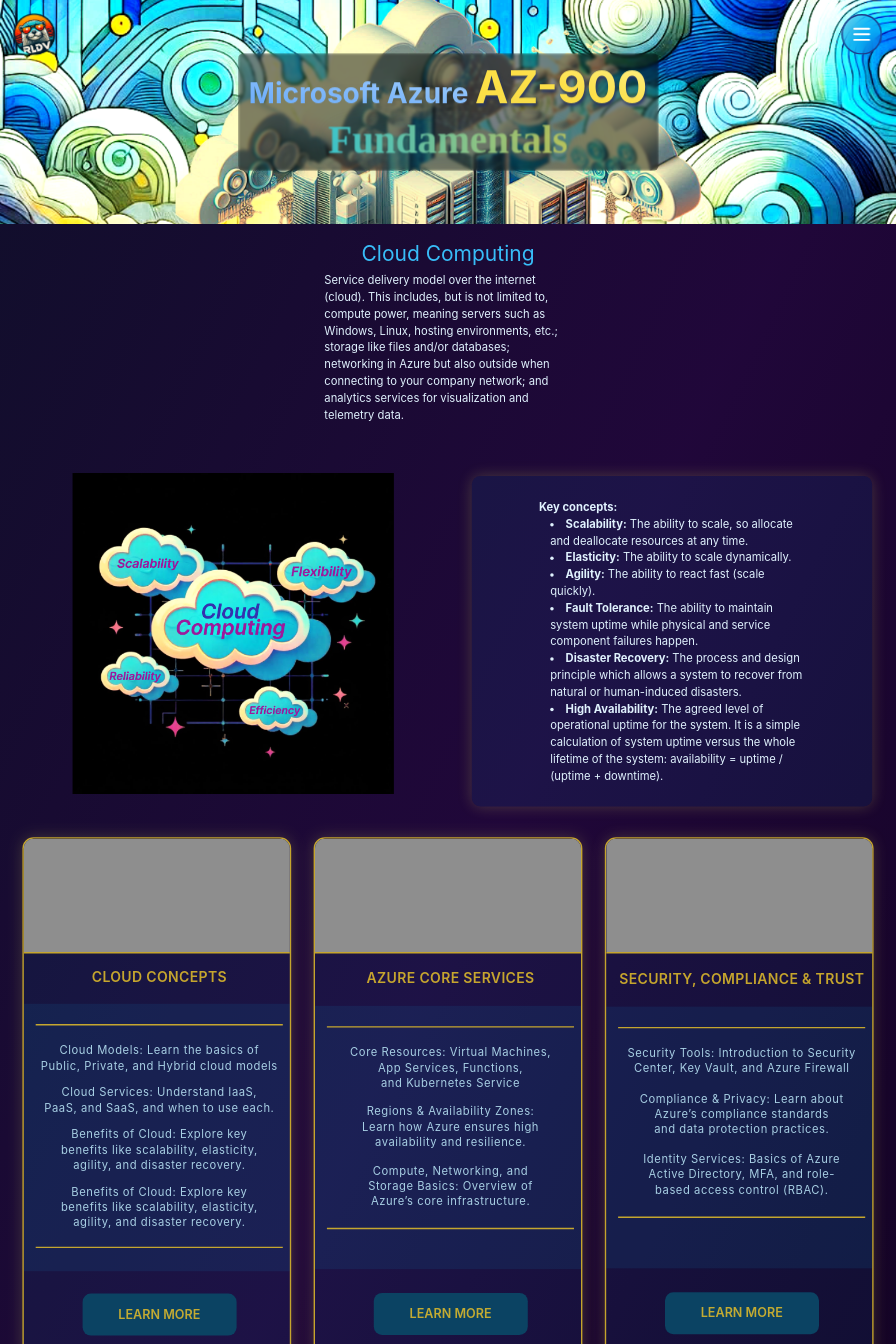
Repository: Freezler/az-900_svelte5
Page: /
An editor plug-in stored every save of this project. The page is shown before and after the next save, followed by the edit.
The browser window is 1280 px wide. The pictures show the part of the page from y = 0 to 1920 px (the page is 2674 px tall before and 2698 px after), at 70% of full size.
Pictures or frames that could not be fetched are drawn as grey boxes. The project was rebuilt for these pictures with package versions that can differ from the ones it lists, and the page was loaded fresh each time. The framework's server and built-in components were replaced by stand-ins that run in the browser. Also part of the build but not shown: vite.config.ts.

Above is the page before, as saved 2024-11-10 10:56:45.

### src/app.html
<!doctype html>
<html lang="en">
	<head>
		<meta charset="utf-8" />
		<link rel="icon" href="%sveltekit.assets%/favicon.png" />
		<meta name="viewport" content="width=device-width, initial-scale=1" />
		%sveltekit.head%
	</head>
	<body data-sveltekit-preload-data="hover" >
		<div style="display: contents">%sveltekit.body%</div>
	</body>
</html>

### src/routes/+layout.svelte
<script lang="ts">
	import '../app.css';
	let { children } = $props();

</script>

<div class="bg-gradient-to-br from-[#0d0c28fc] via-[#1b0135f9] to-[#10021e] bg-cover bg-center bg-no-repeat ">{@render children()}</div>

### src/routes/+page.svelte
<script lang="ts">
	import ComputingArticle from '../components/ComputingArticle.svelte';

	import Toggle from '../components/Toggle.svelte';
	import Header from '../components/Header.svelte';
	import Popover from '../components/Menu.svelte';
	import Cards from '../components/Cards.svelte';
	import Login from '../components/Login.svelte';
</script>

<header class="">
	<Popover />
	<Header />
</header>
<main>
	<section>
		<ComputingArticle />
		<Cards />
	</section>
	<aside><Toggle /></aside>
	<footer><Login /></footer>
</main>

### src/app.css
@tailwind base;
@tailwind components;
@tailwind utilities;

:root {
  --text-color  : rgba(244, 205, 48, 0.888);
  --bg-color    : hsla(217, 87%, 3%, 0.298);
  --bg-color2   : hsla(299, 91%, 31%, 0.974);
  --bg-gradient : 135deg, rgba(237, 249, 10, .7) 0%, rgba(216, 204, 37, 0.7) 35%, rgba(0, 212, 255, 0.7) 100%;
  --bg-gradient2: 90deg, rgba(216, 204, 37, 0.5) 0%, rgba(0, 212, 255, 0.5) 70%;
}

* {
  margin     : 0;
  padding    : 0;
  box-sizing : border-box;
  user-select: none;
  /* outline : 1px dotted red; */
}

body {
  font-family: 'Inter', sans-serif;


}

### src/components/ComputingArticle.svelte
<div class="grid items-center justify-center gap-2 place-self-center text-sky-100 w-[35ch] pt-6">
	<h2 class="text-3xl text-center text-sky-400">Cloud Computing</h2>
	<p>
		Service delivery model over the internet (cloud). This includes, but is not limited to, compute
		power, meaning servers such as Windows, Linux, hosting environments, etc.; storage like files
		and/or databases; networking in Azure but also outside when connecting to your company network;
		and analytics services for visualization and telemetry data.
	</p>
</div>

<section class="grid items-center grid-cols-1 lg:grid-cols-2 justify-center place-items-center place-self-center place-content-center gap-0	z-10 text-start">
	<img
		src="../public/images/cloud.png"
		alt="cloudSolutions"
		loading="lazy"

		class=" w-full md:w-[672px]  mx-auto rounded-2xl overflow-hidden  pr-12 -mt-8"
	/>
	<article
		class=" bg-sky-600/10  text-sky-100 px-24 py-8 w-[572px] mt-16 rounded-xl shadow-[0_0px_22px_rgba(255,255,99,0.2)]"
	>
		<p><strong>Key concepts:</strong></p>
		<ul class="list-inside list-disc pl-4">
			<li>
				<strong>Scalability:</strong> The ability to scale, so allocate and deallocate resources at any
				time.
			</li>
			<li><strong>Elasticity:</strong> The ability to scale dynamically.</li>
			<li><strong>Agility:</strong> The ability to react fast (scale quickly).</li>
			<li>
				<strong>Fault Tolerance:</strong> The ability to maintain system uptime while physical and service
				component failures happen.
			</li>
			<li>
				<strong>Disaster Recovery:</strong> The process and design principle which allows a system to
				recover from natural or human-induced disasters.
			</li>
			<li>
				<strong>High Availability:</strong> The agreed level of operational uptime for the system. It
				is a simple calculation of system uptime versus the whole lifetime of the system: availability
				= uptime / (uptime + downtime).
			</li>
		</ul>
	</article>
</section>

### src/components/Toggle.svelte
<script lang="ts">

	let name = $state('Randy');
	let status: 'DARK' | 'LIGHT' = $state('DARK');
	let full_name = $derived(name + ' ' + 'de vries');

	function toggle() {
		status = status === 'DARK' ? 'LIGHT' : 'DARK';
	}

	function onclick() {
		status = status === 'DARK' ? 'LIGHT' : 'DARK';
		window.document.body.classList.toggle('dark-mode')
	}
</script>

<div class="max-w-[400px] mx-auto grid place-items-center items-center justify-center gap-2 border-2 p-4  py-8 my-4 bg-yellow-600/10">
		<p class="text-2xl font-serif text-white ">
			set theme: <span class="font-sans {status === 'LIGHT' ? 'text-gray-200' : 'text-red-900'}">{status}</span>
		</p>

		<!-- <button on:click={toggle}>toggle status</button> -->
		<button
			class=" w-[176px] rounded bg-blue-500 px-4 py-2 font-bold text-white hover:bg-blue-700 active:scale-[.98]"
			type="button"
			onclick={toggle}>Toggle theme</button
		>
	</div>

### src/components/Header.svelte
<script lang="ts">
	// Declare props
	let { name = 'AZ-900' } = $props();

	// Local state for the surname
	let surname = $state('Fundamentals');

	// Derived state for the full name
	let full_name = $derived(`${name} ${surname}`);
</script>

<div
	class="max-w-[100svw] z-100 mx-auto grid h-80 place-content-center place-items-center items-center justify-center bg-[url('/public/images/headImage.png')] bg-cover bg-top"
>
	<div class="grid backdrop-blur-[2px] px-4 rounded-lg backdrop-brightness-[.50] pb-4">
		<h1
			class="shadow-[rgba(7, 25, 224, 0.9)] drop bg-clip-text text-center text-[clamp(1rem,5vw,2.5rem)] font-bold text-transparent bg-gradient-to-tr from-blue-400 via-blue-300 to-blue-700  drop-shadow-[-2px_2px_2px_rgba(137, 25, 224, 0.9)]"
		>
			Microsoft Azure <span
				class="bg-gradient-to-tr from-yellow-300 via-yellow-300 to-yellow-200 bg-clip-text text-[clamp(2.8rem,5vw,8.5rem)] font-bold text-transparent drop-shadow-[2px_4px_2px_rgba(36,50,100,0.9)]"
				>{name}</span
			>
		</h1>
		<h3
			class="bg-clip-text text-6xl text-center text-[clamp(1rem,5vw,3.5rem)] font-[700] font-[montserrat] bg-gradient-to-r from-[hsl(192,88%,51%)] via-[--hsl(192,88%,71%)] to-[--text-color]  pb- text-transparent drop-shadow-[2px_4px_32px_rgba(6,100,150,0.9)] backdrop-brightness-[.90] "
		>
			{surname}
		</h3>
	</div>
</div>

### src/components/Menu.svelte
<script lang="ts">
	import { cubicInOut } from 'svelte/easing';
	import { fly } from 'svelte/transition';
	let showMenu: boolean = $state(false);


</script>

	<!-- Your existing code -->

<img
	src="/public/images/Design 2.png"
	alt="Ran form Logo"
	class="fixed left-[16px] top-[16px] w-[64px] rounded-full z-[200]"
/>
<button
	onclick={() => (showMenu = !showMenu)}
	class="fixed right-[20px] top-[20px] flex  h-[58px] w-[58px] items-center justify-center rounded-full bg-blue-600/20 backdrop-blur text-white border-2 border-blue-900"
>
	<svg
		xmlns="http://www.w3.org/2000/svg"
		class="h-8 w-8"
		fill="none"
		viewBox="0 0 24 24"
		stroke="currentColor"
	>
		{#if showMenu}
			<path
				stroke-linecap="round"
				stroke-linejoin="round"
				stroke-width="2"
				d="M6 18L18 6M6 6l12 12"
			/>
		{:else}
			<path
				stroke-linecap="round"
				stroke-linejoin="round"
				stroke-width="2"
				d="M4 6h16M4 12h16M4 18h16"
			/>
		{/if}
	</svg>
</button>

{#if showMenu}
	<ul
		class="items-center justify-center fixed bottom-0 right-0 z-100 grid h-[50vh] w-[100vw] border-t border-blue-900 place-content-center bg-blue-600/20 backdrop-blur text-white uppercase text-center text-xl z-[200]"
		transition:fly={{ y: 100, duration: 420, easing: cubicInOut }}
	>
		<li class="px-2 py-4 w-[80vw] underline underline-offset-4 transition-colors ease-linear duration-400 hover:bg-blue-600/20 rounded-t-lg  bg-blue-200/30">
			<a href="/">Home</a>
		</li>
		<li class=" px-2 py-4 transition-colors hover:underline underline-offset-4  ease-linear duration-400 hover:bg-blue-600/20  bg-blue-200/30">
			<a href="/concepts">Concepts</a>
		</li>
		<li class=" px-2 py-4 transition-colors hover:underline underline-offset-4 ease-linear duration-400 hover:bg-blue-600/20  bg-blue-200/30">
			<a href="/security">Security</a>
		</li>
		<li class="px-2 py-4 transition-colors  hover:underline underline-offset-4 ease-linear duration-400 hover:bg-blue-600/20 rounded-b-lg  bg-blue-200/30">
			<a href="/services">Services</a>
		</li>
	</ul>
{/if}

### src/components/Cards.svelte
<script>
	import { goto } from '$app/navigation';
	// Define your plans as an array of objects
	const concepts = [
		{
			url: 'concepts',
			image:
				'https://learn.microsoft.com/training/achievements/microsoft-azure-fundamentals-describe-cloud-concepts-social.png',
			name: 'Cloud Concepts',
			features: [
				'Cloud Models: Learn the basics of Public, Private, and Hybrid cloud models',
				'Cloud Services: Understand IaaS, PaaS, and SaaS, and when to use each.',
				'Benefits of Cloud: Explore key benefits like scalability, elasticity, agility, and disaster recovery.',
				'Benefits of Cloud: Explore key benefits like scalability, elasticity, agility, and disaster recovery.'

			]
		},
		{
			url: 'services',
			image:
				'https://images.unsplash.com/photo-1667372459510-55b5e2087cd0?q=80&w=1932&auto=format&fit=crop&ixlib=rb-4.0.3&ixid=M3wxMjA3fDB8MHxwaG90by1wYWdlfHx8fGVufDB8fHx8fA%3D%3D',
			name: 'Azure Core Services',
			features: [
				'Core Resources: Virtual Machines, App Services, Functions, and Kubernetes Service',
				'Regions & Availability Zones: Learn how Azure ensures high availability and resilience.',
				'Compute, Networking, and Storage Basics: Overview of Azure’s core infrastructure.'
			]
		},
		{
			url: 'security',
			image:
				'https://plus.unsplash.com/premium_photo-1700830452756-1a3f4314e564?q=80&w=1674&auto=format&fit=crop&ixlib=rb-4.0.3&ixid=M3wxMjA3fDB8MHxwaG90by1wYWdlfHx8fGVufDB8fHx8fA%3D%3D',
			name: 'Security, Compliance & Trust',
			features: [
				'Security Tools: Introduction to Security Center, Key Vault, and Azure Firewall',
				'Compliance & Privacy: Learn about Azure’s compliance standards and data protection practices.',
				'Identity Services: Basics of Azure Active Directory, MFA, and role-based access control (RBAC).'
			]
		}
	];
</script>

<section
	class="z-10 grid grid-rows-1 gap-8 py-8 md:grid-cols-2 md:gap-8 md:px-8 xl:grid-cols-3"
>
	{#each concepts as concept}
		<div
			class=" pt-1  grid grid-rows-[148px_64px_auto_auto] place-items-center overflow-hidden rounded-2xl border-2 border-[--text-color] bg-sky-600/10 pb-9 shadow-[0_0px_22px_rgba(255,255,99,0.2)] brightness-90 transition duration-700 hover:scale-[1.001] hover:border-[hsla(184,69%,60%,1)] hover:shadow-[2px_6px_12px_rgba(22,125,22,0.9)]"
		>
			<img
				src={concept.image}
				class=" z-10 h-[172px] pt-2  w-full border-b-2 border-[--text-color] object-cover object-center hover:border-[hsla(184,69%,60%,1)]"
				loading="lazy"
				alt="concept"
			/>
			<div class="row-span-2 grid grid-cols-subgrid place-items-center items-center justify-center">
				<h2 class="] mt-[28px] text-xl font-semibold uppercase tracking-wide text-[--text-color]">
					{concept.name}
				</h2>
			</div>

			<div
				class=" row-span-12 my-5 w-full grid grid-rows-subgrid place-items-start items-start gap-4 text-pretty border border-transparent bg-sky-500/10 px-4 pt-7 pb-6 text-center"
			>
				{#each concept.features as feature}
					<h3
						class="border-b-1 mx-auto  grid w-[35ch]  grid-rows-subgrid text-balance border-[--text-color] px-0 text-[14px] font-normal leading-snug tracking-wider text-sky-200 py-0 first:border-t-2 first:pt-6 last:pb-6 last:border-b-2 lg:text-[16px] border-s-fuchsia-400 ">
						{feature}
					</h3>
				{/each}
			</div>
			<button
				type="button"
				class="mx-auto mt-3 w-[220px] grid-cols-subgrid rounded-xl border-[2px_solid_var(--text-color)] bg-sky-900 px-8 py-4 text-base font-semibold uppercase text-[--text-color] transition duration-[420ms] hover:bg-sky-500 hover:text-white hover:shadow-[2px_2px_22px_rgb(65,183,255,0.9)] md:text-lg lg:text-lg"
				><a href="/{concept.url}">Learn more</a></button
			>
		</div>
	{/each}
</section>

### src/components/Login.svelte
<script>
	import { onMount } from 'svelte';
	let user = $state('Stranger');
	/**
	 * @param {any} response
	 */
	function googleLoginEndpoint(response) {
	  console.log('Google login successful:', response);
	}

	// onMount(() => {
	//   const script = document.createElement("script");
	//   script.src = "https://accounts.google.com/gsi/client";
	//   script.async = true;
	//   script.defer = true;
	//   document.head.appendChild(script);
	// });
</script>

<div class="relative flex min-h-[60vh] items-center justify-center py-16 ">
	<div class="flex w-full max-w-4xl flex-col overflow-hidden rounded-lg shadow-lg md:flex-row">
		<!-- Left side: Logo and Welcome message -->
		<div
			class="flex flex-col items-center justify-center bg-[url('/public/images/headImage.png')] bg-cover bg-center object-cover p-14 text-white md:w-1/2 "
		>
			<img
				src="/public/images/Design 2.png"
				alt="Ran form Logo"
				class="mb-4 h-40 w-40 rounded-full"
			/>
			<h2 class="text-2xl font-semibold p-2 rounded-xl bg-slate-600/50  ">Good Evening {user}!</h2>
			<p class="mt-2 text-center text-lg rounded-xl bg-slate-600/50  p-2 ">Log in to your account!</p>
		</div>

		<!-- Right side: Login Form -->
		<div
			class="flex flex-col items-center justify-center  h-[50vh] bg-blue-600/40 backdrop-blur pt-8 "
		>
			<!-- Google Login Button -->
			<div
				id="g_id_onload"
				data-client_id="YOUR_GOOGLE_CLIENT_ID"
				data-context="signin"
				data-callback="googleLoginEndpoint"
				data-close_on_tap_outside="false"
				data-prompt_parent_id="g_id_onload"
			></div>

			<button
				class="flex w-3/5 items-center justify-center space-x-2 rounded-full border border-gray-300 bg-white py-2 shadow-md hover:bg-gray-50 focus:outline-none"
			>
				<span class="fab fa-google text-gray-500"></span>
				<span class="text-gray-700">Continue with Google</span>
			</button>

			<!-- Divider -->
			<div class="my-4 flex w-full items-center">
				<hr class="flex-grow border-t border-gray-300" />
				<span class="px-3 text-gray-500">OR</span>
				<hr class="flex-grow border-t border-gray-300" />
			</div>

			<!-- Email Login Button -->
			<button
				class="flex w-3/5 items-center justify-center space-x-2 rounded-full border border-gray-300 bg-white py-2 shadow-md hover:bg-gray-50 focus:outline-none"
			>
				<span class="fa fa-user text-gray-500"></span>
				<span class="text-gray-700">Enter Email & Password</span>
			</button>

			<!-- Sign up and Terms Links -->
			<div class=" w-full text-center">
				<p class="text-sm text-red-300">
					Don't have an account? <a href="_blank" class="text-blue-600 hover:underline">Sign up</a>
				</p>
				<p class="mt-0 text-xs text-gray-500 w-[50ch]">
					By continuing, you agree to our <a href="_blank" target="_blank" class="hover:underline"
						>Terms of Service</a
					>
					and
					<a href="_blank" target="_blank" class="hover:underline">Privacy Policy</a>.
				</p>
			</div>
		</div>
	</div>
</div>

### tailwind.config.ts
import aspectRatio from '@tailwindcss/aspect-ratio';
import containerQueries from '@tailwindcss/container-queries';
import forms from '@tailwindcss/forms';
import typography from '@tailwindcss/typography';
// import type { Config } from 'tailwindcss';

export default {
	content: ['./src/**/*.{html,js,svelte,ts}'],


	theme: {
		extend: {
			animation: {



			},

			keyframes: {

			}

		}
	},

	plugins: [typography, forms, containerQueries, aspectRatio]
}

After the next save:
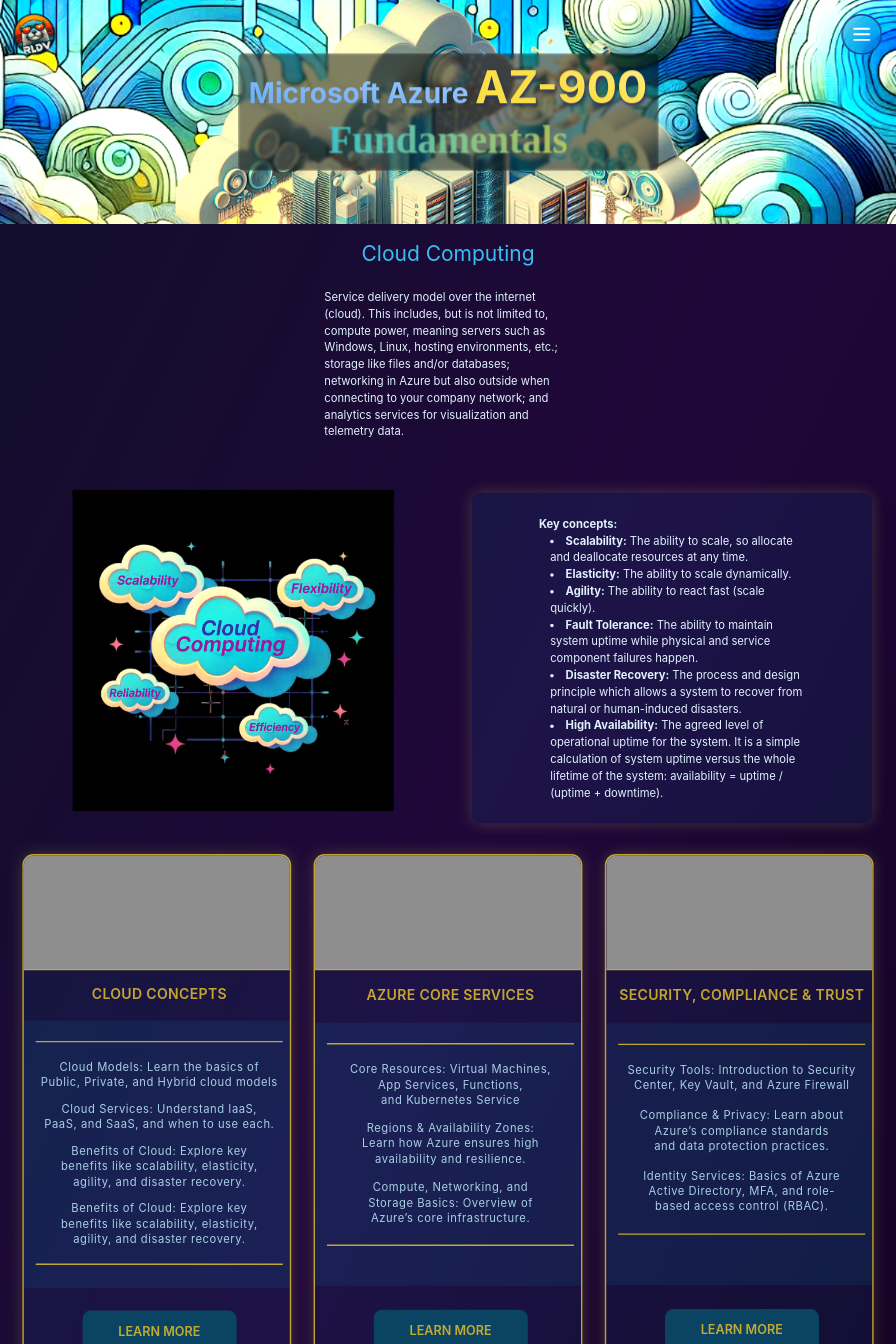
Saved 21 s later.
--- a/src/components/ComputingArticle.svelte
+++ b/src/components/ComputingArticle.svelte
@@ -1,4 +1,4 @@
-<div class="grid items-center justify-center gap-2 place-self-center text-sky-100 w-[35ch] pt-6">
+<div class="grid items-center justify-center gap-8 place-self-center text-sky-100 w-[35ch] pt-6">
 	<h2 class="text-3xl text-center text-sky-400">Cloud Computing</h2>
 	<p>
 		Service delivery model over the internet (cloud). This includes, but is not limited to, compute
